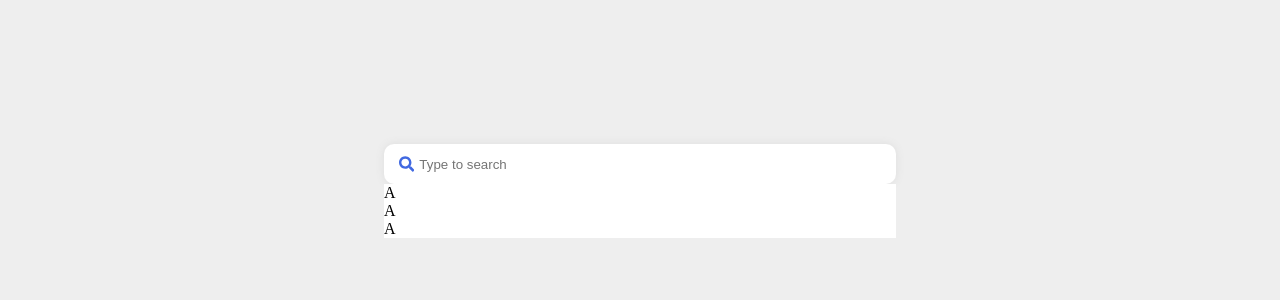
Repository: thai-shriya/react-search-bar
Page: /
The author's editor kept a copy of each file at every save. The page is drawn from the files as they stood at one save, then again after the next save.
The browser window is 1280 px wide. The pictures show the whole page.
The project was rebuilt for these pictures with package versions that can differ from the ones it lists, and the page was loaded fresh each time.

Above is the page before, as saved 2024-06-03 18:23:48.

After the next save:
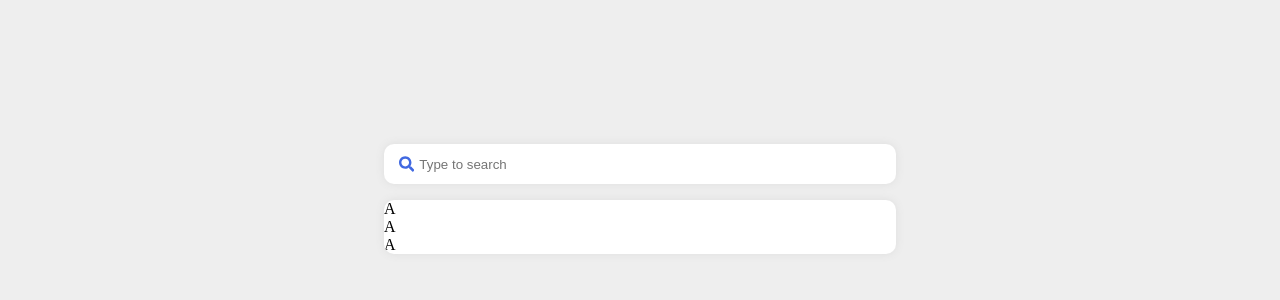
Saved 94 s later.
--- a/src/components/SearchResultsList.css
+++ b/src/components/SearchResultsList.css
@@ -3,5 +3,10 @@
     background-color: white;
     display: flex;
     flex-direction: column;
+    box-shadow: 0px 0px 8px #ddd;
+    border-radius: 10px;
+    margin-top: 1rem;
+    max-height: 300px;
+    overflow-y: scroll ;
 
 }
